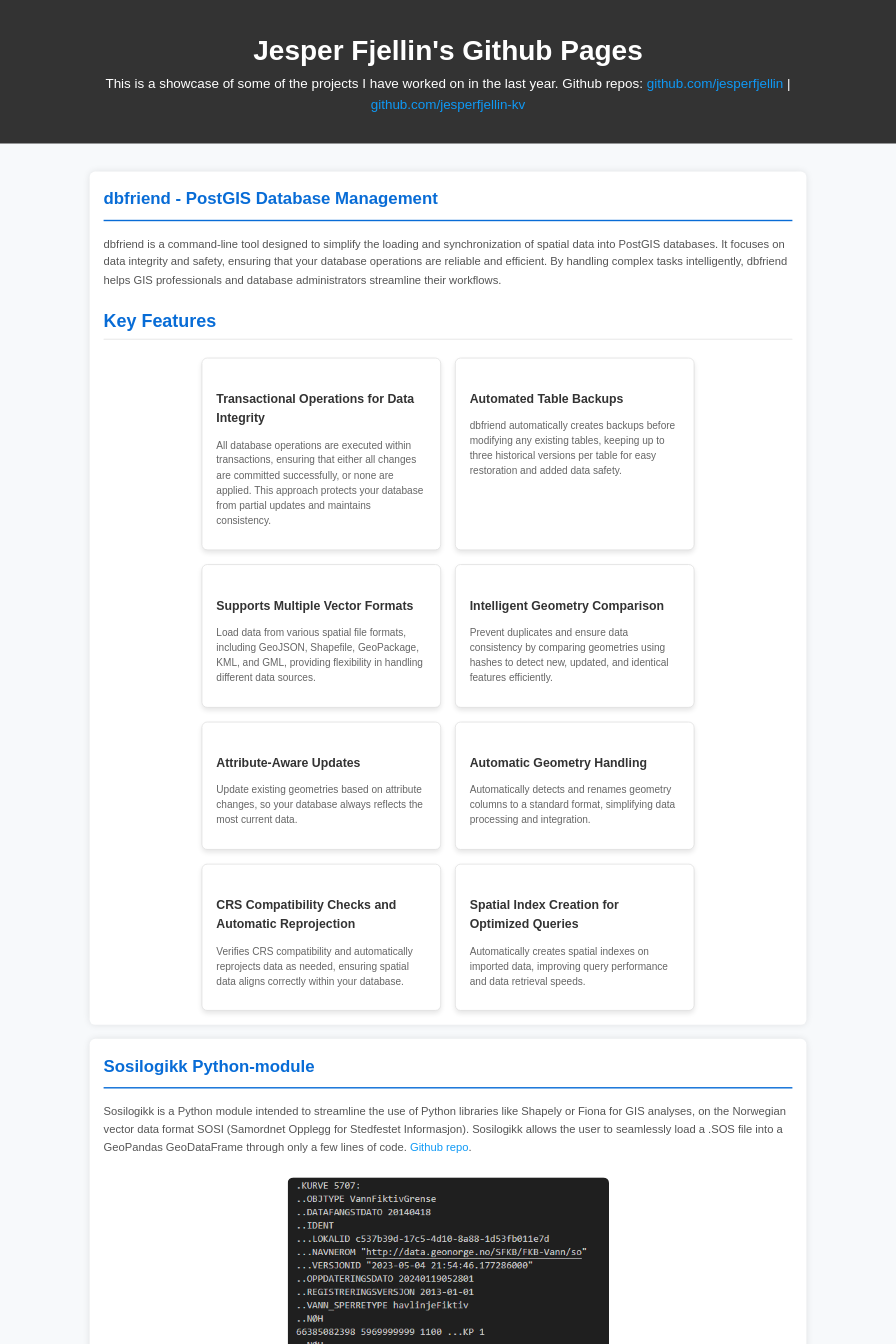
Repository: jesperfjellin/jesper-fjellin-pages
Page: index.html
These files come from the project's save history. The page is drawn as it stood at one moment and after the next save; the edit follows.
The browser window is 1280 px wide. The pictures show the part of the page from y = 0 to 1920 px (the page is 4770 px tall before and 4725 px after), at 70% of full size.

Above is the page before, as saved 2024-11-08 00:06:08.

### index.html
<!DOCTYPE html>
<html lang="en">
<head>
    <meta charset="UTF-8">
    <meta name="viewport" content="width=device-width, initial-scale=1.0">
    <title>Jesper Fjellin's Github Pages</title>
    <style>
        /* General Styles */
        body {
            font-family: Arial, sans-serif;
            line-height: 1.6;
            margin: 0;
            padding: 0;
            background-color: #f7f9fb;
            color: #333;
        }
        a {
            color: #0f99f5;
            text-decoration: none;
        }
        a:hover {
            text-decoration: underline;
        }

        /* Header */
        header {
            background-color: #333;
            color: #fff;
            padding: 20px 0;
            text-align: center;
        }
        header h1 {
            margin: 0;
            font-size: 2.5em;
        }
        header p {
            margin: 0;
            font-size: 1.2em;
        }

        /* Container */
        .container {
            width: 80%;
            max-width: 1200px;
            margin: auto;
            overflow: hidden;
            padding: 20px;
        }

        /* Project Section */
        .project {
            background-color: #fff;
            margin: 20px 0;
            padding: 20px;
            border-radius: 8px;
            box-shadow: 0 0 10px rgba(0, 0, 0, 0.1);
        }
        .project h2 {
            margin-top: 0;
            border-bottom: 2px solid #086cd6;
            padding-bottom: 10px;
            color: #086cd6;
        }
        .project p {
            margin-bottom: 10px;
            color: #555;
        }
        .project iframe {
            border: none;
            width: 100%;
            height: 400px;
            border-radius: 8px;
            margin-bottom: 10px;
        }

        /* Centered Content */
        .centered-content {
            padding: 10px;
            margin: 0 auto 20px auto;
            width: 80%;
            text-align: center;
        }
        .centered-content img {
            max-width: 100%;
            margin-top: 10px;
            border-radius: 8px;
        }
        .centered-content p {
            margin-top: 10px;
            font-size: 0.9em;
            color: #555;
        }

        /* Features Section */
        .features {
            margin-top: 20px;
        }
        .features h3 {
            font-size: 1.6em;
            color: #086cd6;
            border-bottom: 1px solid #ddd;
            padding-bottom: 5px;
        }
        .feature-cards {
            display: flex;
            flex-wrap: wrap;
            gap: 20px;
            justify-content: center;
            margin-top: 10px;
        }
        .feature-card {
            background-color: #fff;
            border: 1px solid #ddd;
            border-radius: 8px;
            box-shadow: 0 4px 8px rgba(0, 0, 0, 0.1);
            padding: 20px;
            width: 300px;
            max-width: 100%;
            text-align: left;
            transition: transform 0.2s ease, box-shadow 0.2s ease;
        }
        .feature-card:hover {
            transform: translateY(-5px);
            box-shadow: 0 6px 12px rgba(0, 0, 0, 0.15);
        }
        .feature-card h4 {
            color: #333;
            font-size: 1.1em;
            margin-bottom: 10px;
        }
        .feature-card p {
            color: #666;
            font-size: 0.9em;
            line-height: 1.5;
        }
    </style>
</head>
<body>
    <header>
        <div class="container">
            <h1>Jesper Fjellin's Github Pages</h1>
            <p>This is a showcase of some of the projects I have worked on in the last year.
                Github repos: <a href="https://github.com/jesperfjellin" target="_blank">github.com/jesperfjellin</a> |
                <a href="https://github.com/jesperfjellin-kv" target="_blank">github.com/jesperfjellin-kv</a></p>
        </div>
    </header>

    <div class="container">
        <!-- Project 1 -->
        <div class="project">
            <h2>dbfriend - PostGIS Database Management</h2>
            <p>dbfriend is a command-line tool designed to simplify the loading and synchronization of spatial data into PostGIS databases. It focuses on data integrity and safety, ensuring that your database operations are reliable and efficient. By handling complex tasks intelligently, dbfriend helps GIS professionals and database administrators streamline their workflows.</p>

            <!-- New Feature Cards -->
            <div class="features">
                <h3>Key Features</h3>
                <div class="feature-cards">
                    <div class="feature-card">
                        <h4>Transactional Operations for Data Integrity</h4>
                        <p>All database operations are executed within transactions, ensuring that either all changes are committed successfully, or none are applied. This approach protects your database from partial updates and maintains consistency.</p>
                    </div>
                    <div class="feature-card">
                        <h4>Automated Table Backups</h4>
                        <p>dbfriend automatically creates backups before modifying any existing tables, keeping up to three historical versions per table for easy restoration and added data safety.</p>
                    </div>
                    <div class="feature-card">
                        <h4>Supports Multiple Vector Formats</h4>
                        <p>Load data from various spatial file formats, including GeoJSON, Shapefile, GeoPackage, KML, and GML, providing flexibility in handling different data sources.</p>
                    </div>
                    <div class="feature-card">
                        <h4>Intelligent Geometry Comparison</h4>
                        <p>Prevent duplicates and ensure data consistency by comparing geometries using hashes to detect new, updated, and identical features efficiently.</p>
                    </div>
                    <div class="feature-card">
                        <h4>Attribute-Aware Updates</h4>
                        <p>Update existing geometries based on attribute changes, so your database always reflects the most current data.</p>
                    </div>
                    <div class="feature-card">
                        <h4>Automatic Geometry Handling</h4>
                        <p>Automatically detects and renames geometry columns to a standard format, simplifying data processing and integration.</p>
                    </div>
                    <div class="feature-card">
                        <h4>CRS Compatibility Checks and Automatic Reprojection</h4>
                        <p>Verifies CRS compatibility and automatically reprojects data as needed, ensuring spatial data aligns correctly within your database.</p>
                    </div>
                    <div class="feature-card">
                        <h4>Spatial Index Creation for Optimized Queries</h4>
                        <p>Automatically creates spatial indexes on imported data, improving query performance and data retrieval speeds.</p>
                    </div>
                </div>
            </div>
        </div>

        <!-- Project 2 -->
        <div class="project">
            <h2>Sosilogikk Python-module</h2>
            <p>Sosilogikk is a Python module intended to streamline the use of Python libraries like Shapely or Fiona for GIS analyses, on the Norwegian vector data format SOSI (Samordnet Opplegg for Stedfestet Informasjon). Sosilogikk allows the user to seamlessly load a .SOS file into a GeoPandas GeoDataFrame through only a few lines of code. <a href="https://github.com/jesperfjellin/sosilogikk" target="_blank">Github repo</a>.</p>

            <div class="centered-content">
                <img src="images/SOSI-file.png" alt="Example SOSI-file">
                <p>Example structure of a vector object in a SOSI-file. The dot- and coordinates-format makes it difficult to use with Python libraries.</p>
            </div>

            <div class="centered-content">
                <img src="images/GDF_sosi.png" alt="Example SOSI-file loaded into GeoDataFrame">
                <p>Sosilogikk applied to a large SOSI-file, resulting in an excel-like table.</p>
            </div>

            <p>Using the .to_file method, you can easily export the GeoDataFrame to any OGR-supported vector format, allowing software like ArcGIS or QGIS to be used.</p>

            <div class="centered-content">
                <img src="images/flatgeobuf_dreneringslinjer.png" alt="Drainage lines in Flatgeobuf format visualized in QGIS" style="max-width:50%;">
                <p>Drainage lines in Flatgeobuf format visualized in QGIS.</p>
            </div>
        </div>

        <!-- Project 3 -->
        <div class="project">
            <h2>Map Extractor: Retrieve text from PDFs</h2>
            <p>This Python script enables users to extract text information from specific regions of scanned paper maps stored as PDFs. It allows for easy selection of a Region of Interest (ROI) on one page and then scans the same area across all pages in the PDF, performing Optical Character Recognition (OCR) to extract text. The results are saved in a CSV file for easy analysis and retrieval. <a href="https://github.com/jesperfjellin/Map-Extractor" target="_blank">Github repo</a>.</p>

            <div class="centered-content">
                <img src="images/OCR_map_example.png" alt="Example ROI selection">
                <p>Example of how the region of interest selection works in the selected PDF. The red border to the center right is the ROI selector.</p>
            </div>

            <p>The output when the script is applied to the PDF above. OCR is not perfect and will need minor manual tweaks/configuring of settings in script to best suit the quality of your input PDF. Notice that the Trase string is missing an underscore between 'Trase' and the number sequence.</p>

            <div class="centered-content">
                <img src="images/output_example.png" alt="Example output from map PDF">
                <p>Example output from script.</p>
            </div>

            <p>The preprocess_image function is responsible for improving the accuracy OCR will have. If you are experiencing inaccurate results with Map Extractor, consider tweaking these parameters.</p>

            <div class="centered-content">
                <img src="images/preprocess_image_tuning.png" alt="Settings for tuning the configuration of OCR" style="max-width:50%;">
                <p>Preprocess_image function in the Map_Extractor.py script.</p>
            </div>
            <p>Potential further work: if you have all attributes displayed on the PDF, it should be possible to automatically create valid vector geometry from printed maps. This will require post-processing of the output data, to put it into a valid GeoJSON/GML/whatever structure, but also to clean up errors the OCR might have made. </p>
        </div>
    </div>
</body>
</html>

After the next save:
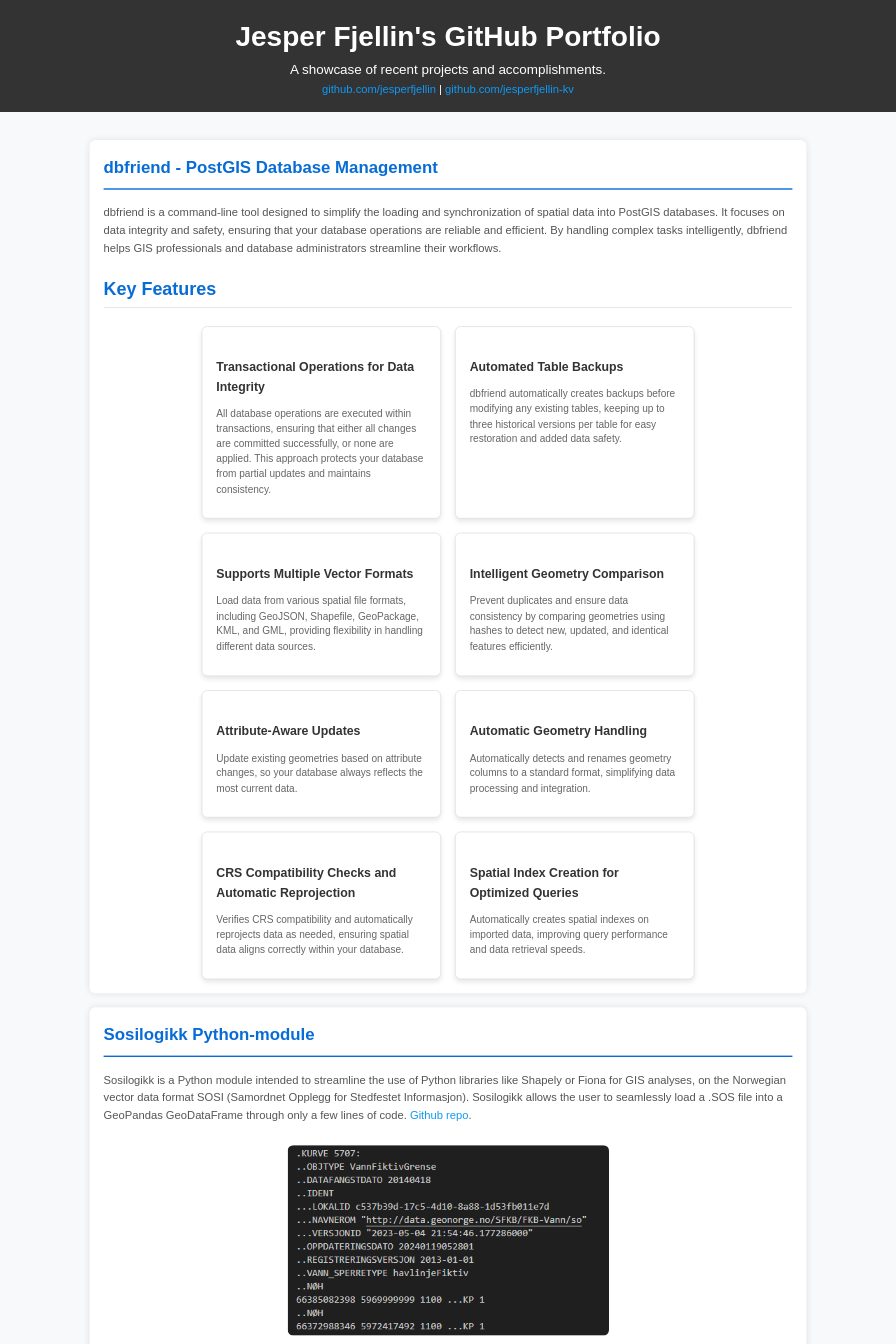
Saved 2 min 44 s later.
--- a/index.html
+++ b/index.html
@@ -137,11 +137,14 @@
 </head>
 <body>
     <header>
-        <div class="container">
-            <h1>Jesper Fjellin's Github Pages</h1>
-            <p>This is a showcase of some of the projects I have worked on in the last year.
-                Github repos: <a href="https://github.com/jesperfjellin" target="_blank">github.com/jesperfjellin</a> |
-                <a href="https://github.com/jesperfjellin-kv" target="_blank">github.com/jesperfjellin-kv</a></p>
+        <div class="header-content">
+            <h1>Jesper Fjellin's GitHub Portfolio</h1>
+            <p>A showcase of recent projects and accomplishments.</p>
+            <div class="github-links">
+                <a href="https://github.com/jesperfjellin" target="_blank">github.com/jesperfjellin</a>
+                <span>|</span>
+                <a href="https://github.com/jesperfjellin-kv" target="_blank">github.com/jesperfjellin-kv</a>
+            </div>
         </div>
     </header>
 
